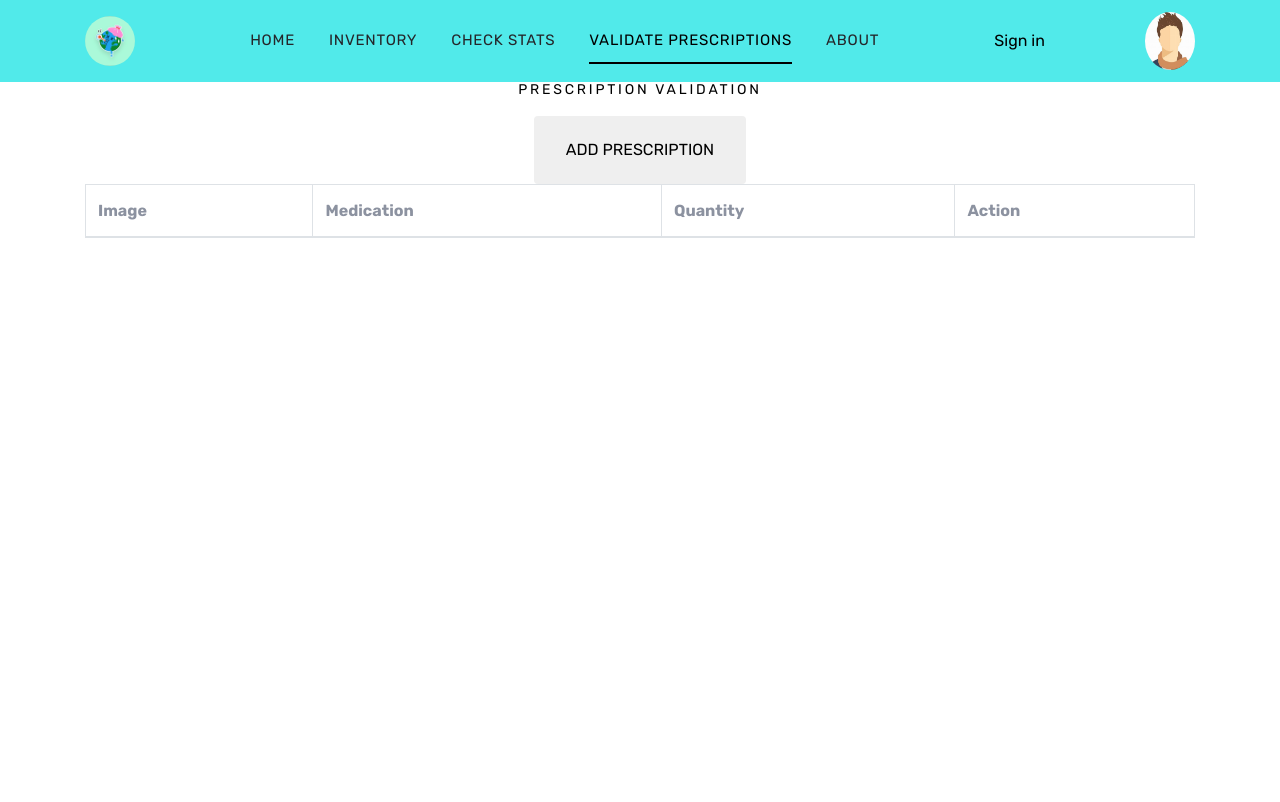
Repository: Argivist/Web-Doctor
Page: http://localhost/admin/presc.php
The author's editor kept a copy of each file at every save. The page is drawn from the files as they stood at one save, then again after the next save.
The browser window is 1280 px wide. The pictures show the whole page.
Some icons come from a web library that is not loaded, so they are not drawn. Some web fonts or font styles are not loaded; a fallback is used. The page is run by PHP 8.4 with error messages shown; the project is at /var/www/html/. The database holds what the project's SQL file puts in it. Queries for data that is not in the repository find no rows.

Above is the page before, as saved 2024-03-16 22:29:23.

After the next save:
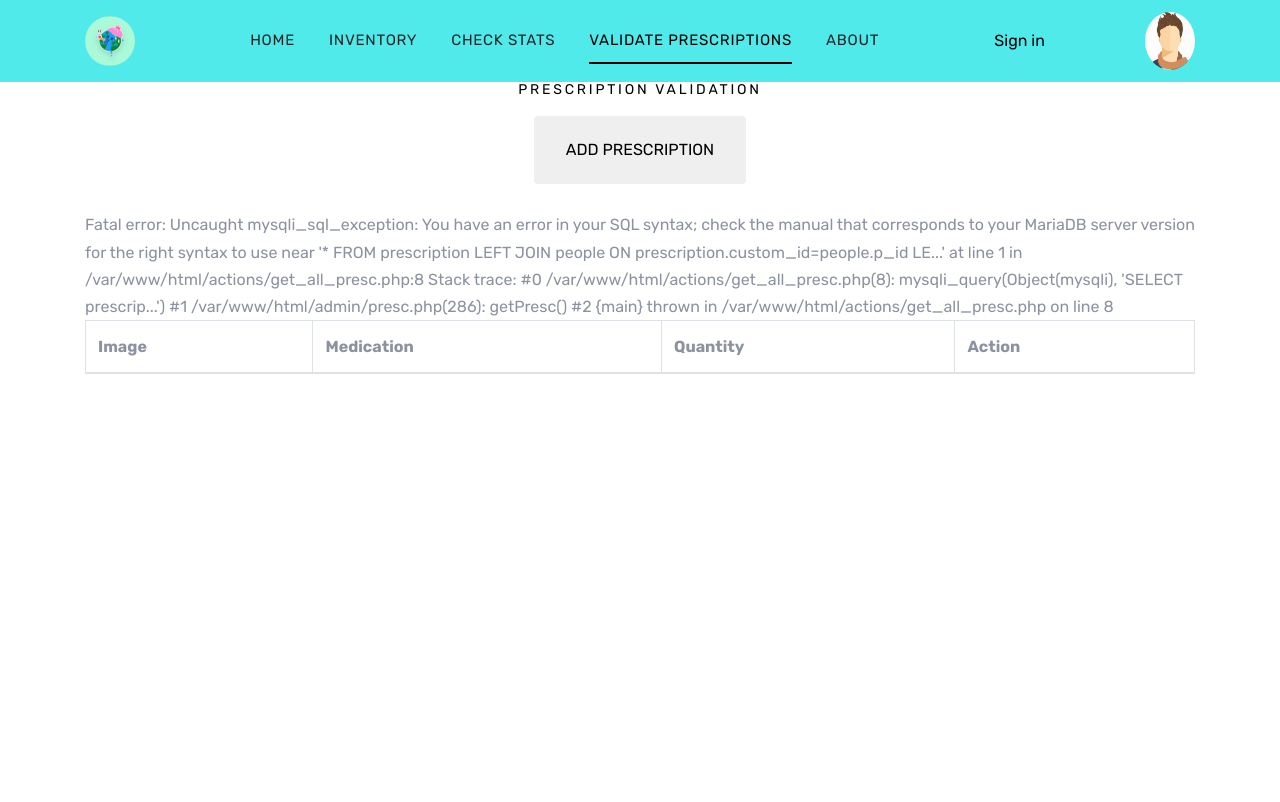
Saved 3 min 34 s later.
--- a/actions/get_all_presc.php
+++ b/actions/get_all_presc.php
@@ -3,7 +3,7 @@ require "../settings/connection.php";
 
 function getPresc(){
     global $conn;
-    $query="SELECT * FROM prescription LEFT JOIN people ON prescription.custom_id=people.p_id LEFT JOIN medicine_inventory ON prescription.medicine_id=medicine_inventory.medicine_id ";
+    $query="SELECT prescription.desc,* FROM prescription LEFT JOIN people ON prescription.custom_id=people.p_id LEFT JOIN medicine_inventory ON prescription.medicine_id=medicine_inventory.medicine_id ";
 
     $result=mysqli_query($conn,$query);
     $row=[];
